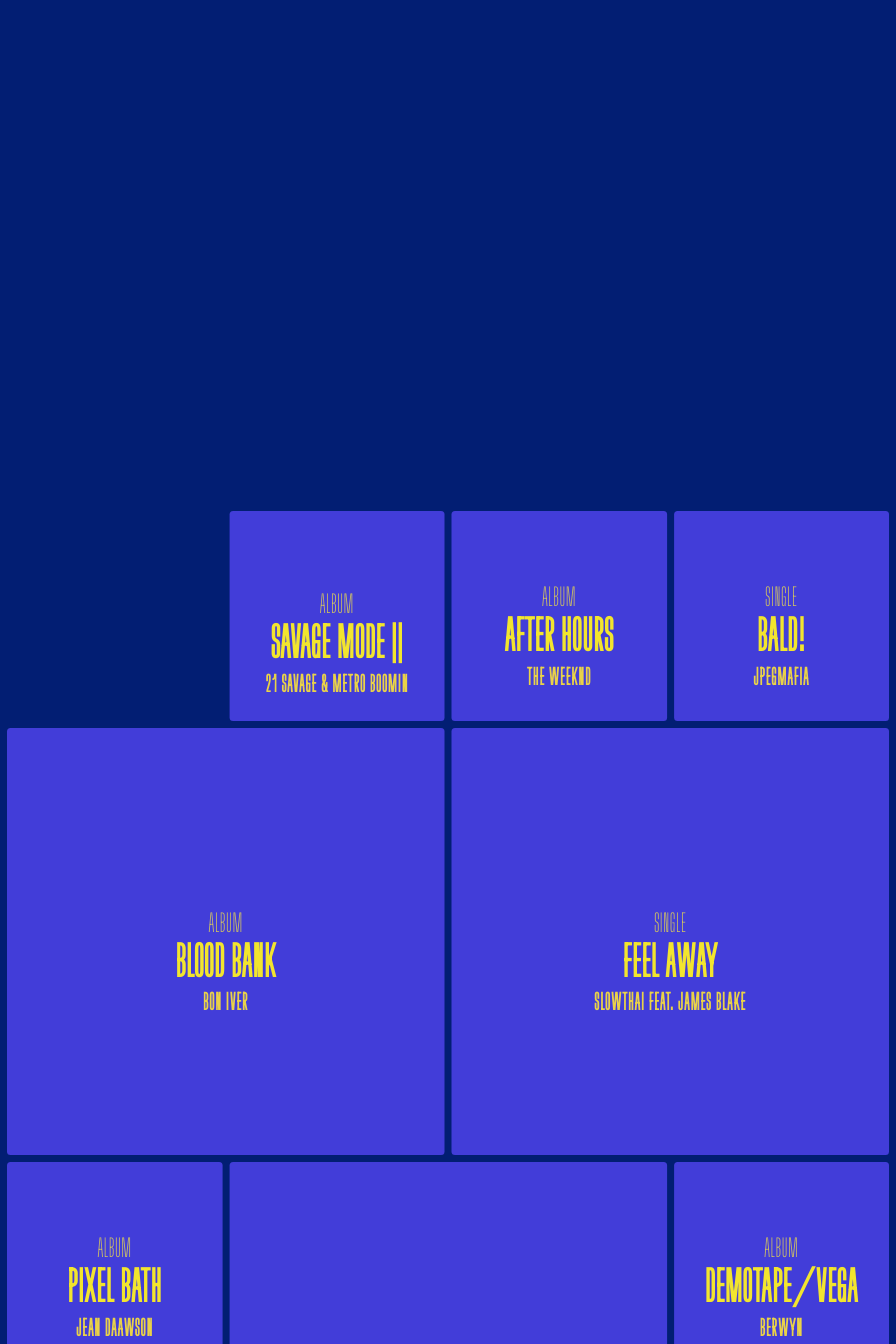
Repository: Spreceriany/musicly2020
Page: /
An editor plug-in stored every save of this project. The page is shown before and after the next save, followed by the edit.
The browser window is 1280 px wide. The pictures show the part of the page from y = 0 to 1920 px (the page is 6330 px tall), at 70% of full size.
The project was rebuilt for these pictures with package versions that can differ from the ones it lists, and the page was loaded fresh each time.

Above is the page before, as saved 2021-01-12 17:37:02.
Console error: ReferenceError: Blazy is not defined

After the next save:
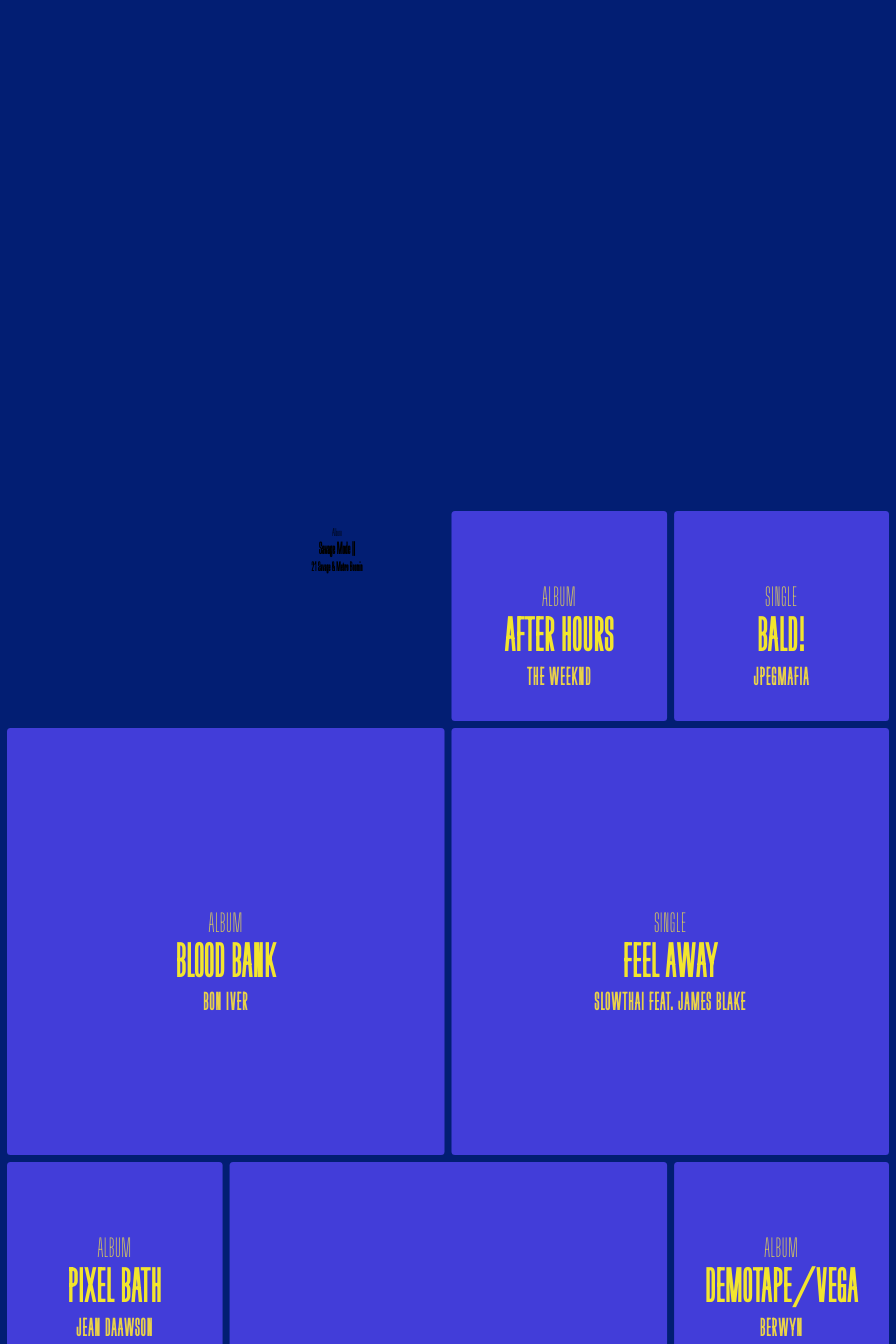
Saved 33 s later.
--- a/index.html
+++ b/index.html
@@ -36,8 +36,8 @@
   </div>
 
   <div class="grid-layout">
-    <a href="">
-    <div class="grid-item grid-item-1">
+    <a href="" class="class="grid-item grid-item-1"">
+    <div >
       <div class="image-container data-tilt-max-glare="0.9"">
         <a href="">
           <img data-src="img/21savage.jpg" class="b-lazy" alt="image">
